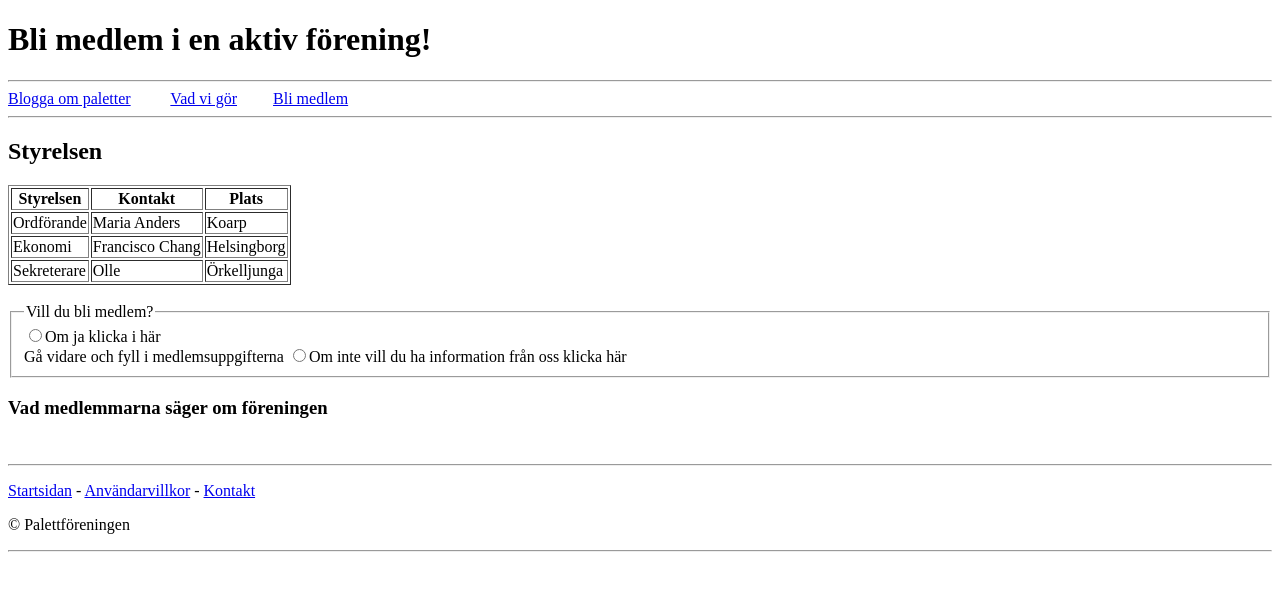
Repository: Webutveckling-20-21/Uppgift-1
Page: medlemskap.html
The author's editor kept a copy of each file at every save. The page is drawn from the files as they stood at one save, then again after the next save.
The browser window is 1280 px wide. The pictures show the whole page.

Above is the page before, as saved 2021-09-07 12:36:02.

After the next save:
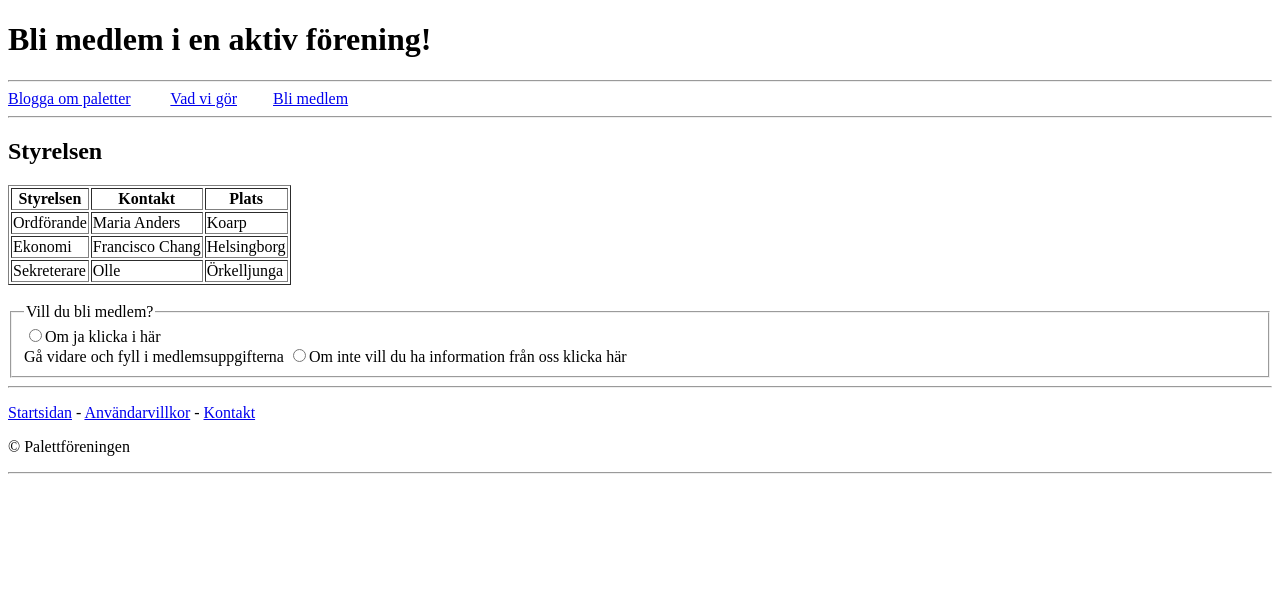
Saved 13 s later.
--- a/medlemskap.html
+++ b/medlemskap.html
@@ -55,10 +55,7 @@
 
     </main>
     <aside>
-        <article>
-            <h3>Vad medlemmarna säger om föreningen</h3><br>
 
-        </article>
 
 
 
